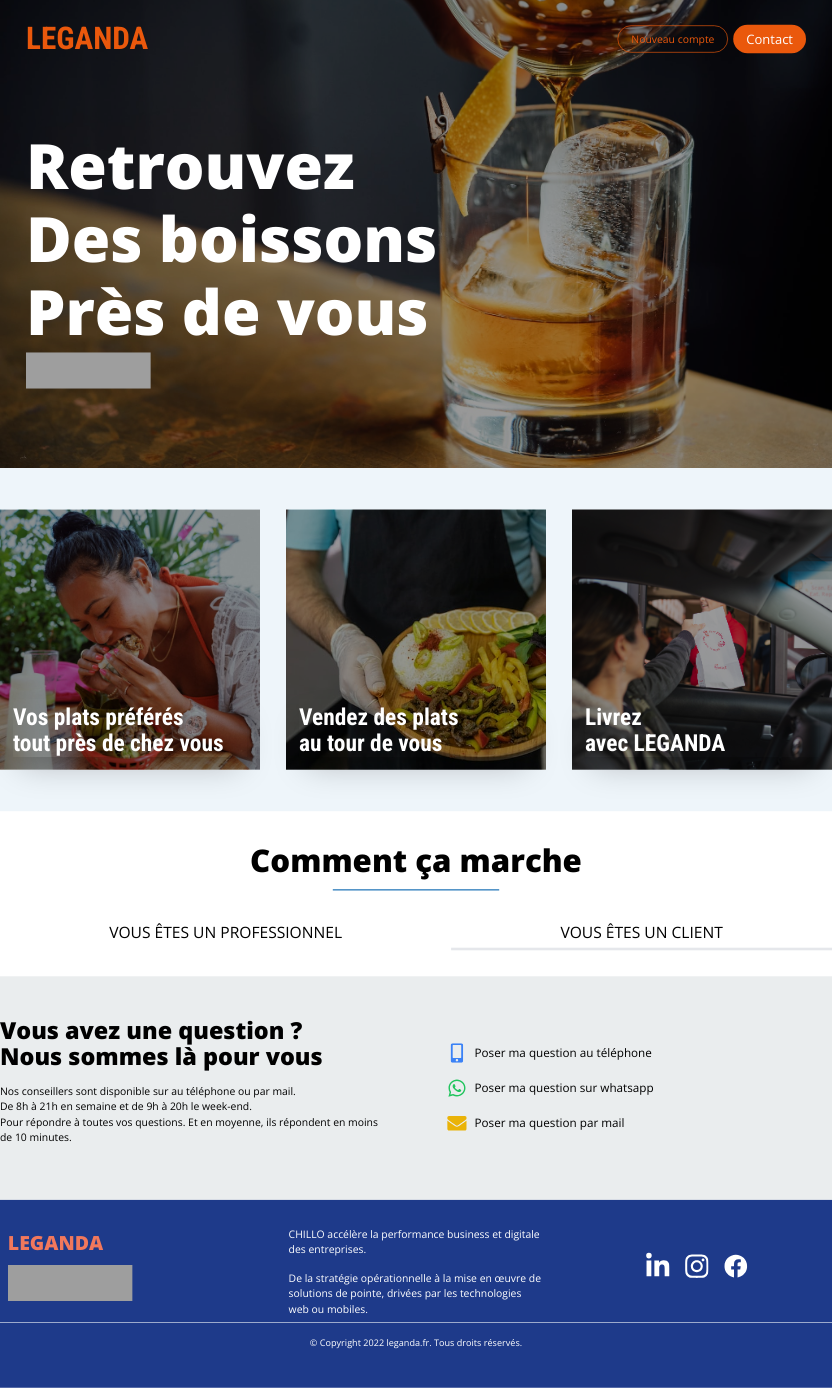
Repository: chillo-tech/website-leganda
Page: /
The author's editor kept a copy of each file at every save. The page is drawn from the files as they stood at one save, then again after the next save.
The browser window is 1280 px wide. The pictures show the whole page, at 65% of full size.
Pictures or frames that could not be fetched are drawn as grey boxes. The project was rebuilt for these pictures with package versions that can differ from the ones it lists, and the page was loaded fresh each time. Some packages were replaced by stand-ins written for this rebuild. The framework's server and built-in components were replaced by stand-ins that run in the browser. Also part of the build but not shown: next.config.js, components/header/items/SearchBar.tsx.

Above is the page before, as saved 2023-02-09 14:09:35.

After the next save:
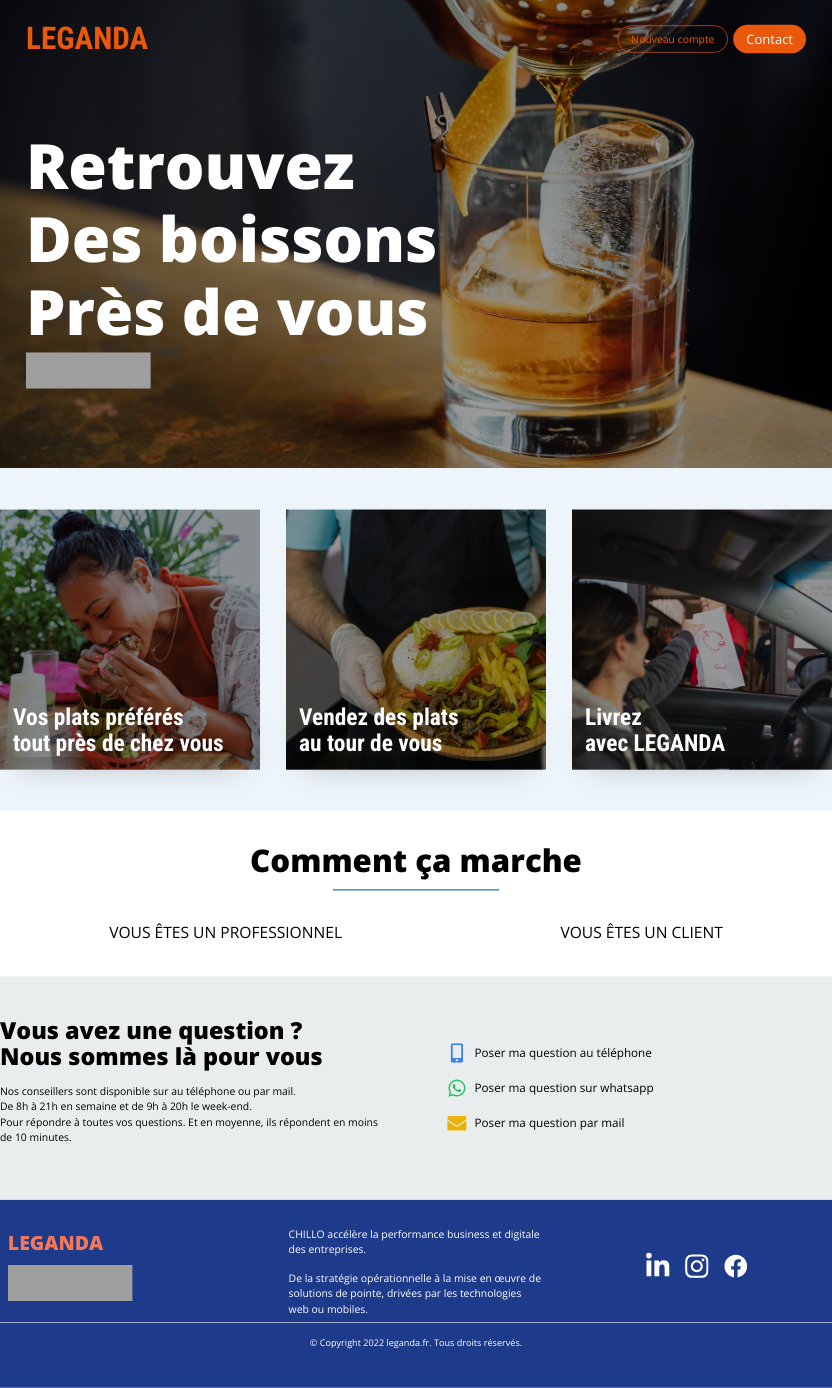
Saved 7 s later.
--- a/components/tabs/index.tsx
+++ b/components/tabs/index.tsx
@@ -16,7 +16,7 @@
               classNames(
                 'grow border-b-4',
                 { 'bg-white border-white': activeTab === `tab-${index}` },
-                { 'bg-white border-white': activeTab === `tab-${index}` }
+                { 'bg-white border-white': activeTab !== `tab-${index}` }
                 )
               }>
             <button id={`tab-${index}`} type='button' className='uppercase w-full py-2 text-2xl' onClick={handleClick}>{item.label}</button>
